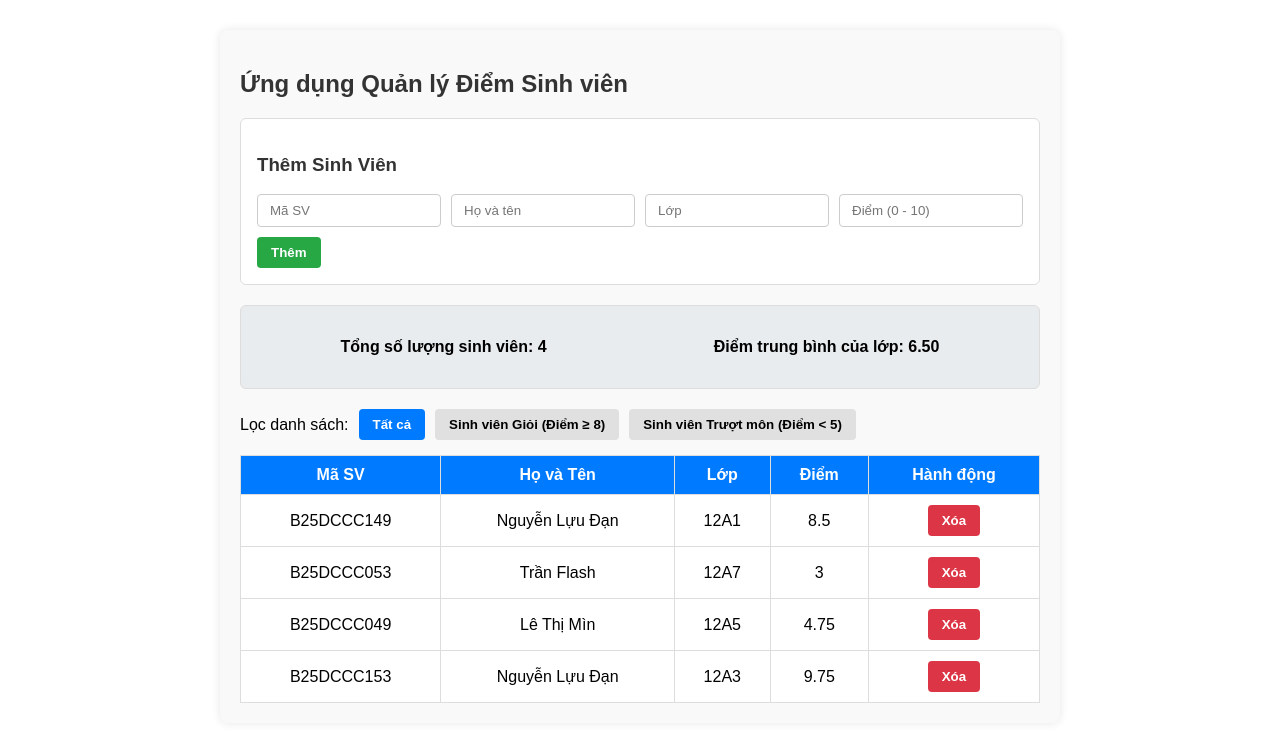
Repository: bachphamudu/B25DCCC030
Page: /
These files come from the project's save history. The page is drawn as it stood at one moment and after the next save; the edit follows.
The browser window is 1280 px wide. The pictures show the whole page.
The project was rebuilt for these pictures with package versions that can differ from the ones it lists, and the page was loaded fresh each time.

Above is the page before, as saved 2026-10-15 10:09:26.

### src/App.js
import React, { useState } from 'react';
import './App.css';

const StudentItem = (sql) => {
  return (
    <tr>
      <td>{sql.student.id}</td>
      <td>{sql.student.name}</td>
      <td>{sql.student.className}</td>
      <td>{sql.student.score}</td>
      <td>
        <button
          type="button"
          className="btn-delete"
          onClick={() => sql.onDelete(sql.student.id)}
        >
          Xóa
        </button>
      </td>
    </tr>
  );
};

const StudentTable = (sql) => {
  if (sql.students.length === 0) {
    return <p className="empty-text">Không có sinh viên nào phù hợp.</p>;
  }

  return (
    <table className="student-table">
      <thead>
        <tr>
          <th>Mã SV</th>
          <th>Họ và Tên</th>
          <th>Lớp</th>
          <th>Điểm</th>
          <th>Hành động</th>
        </tr>
      </thead>
      <tbody>
        {sql.students.map((student) => (
          <StudentItem
            key={student.id}
            student={student}
            onDelete={sql.onDelete}
          />
        ))}
      </tbody>
    </table>
  );
};

const App = () => {
  const [students, setStudents] = useState([
    { id: 'B25DCCC149', name: 'Nguyễn Lựu Đạn', score: 8.5, className: '12A1' },
    { id: 'B25DCCC053', name: 'Trần Flash', score: 3, className: '12A7' },
    { id: 'B25DCCC049', name: 'Lê Thị Mìn', score: 4.75, className: '12A5' },
    { id: 'B25DCCC153', name: 'Nguyễn Lựu Đạn', score: 9.75, className: '12A3' },

  ]);

  const [formData, setFormData] = useState({
    id: '',
    name: '',
    score: '',
    className: '',
  });

  const [errorMessage, setErrorMessage] = useState('');
  const [filterType, setFilterType] = useState('ALL');

  const handleInputChange = (e) => {
    const name = e.target.name;
    const value = e.target.value;
    setFormData((prev) => ({
      ...prev,
      [name]: value,
    }));
  };

  const handleAddStudent = (e) => {
    e.preventDefault();

    if (!formData.id.trim() || !formData.name.trim() || !formData.className.trim() || formData.score === '') {
      setErrorMessage('Vui lòng điền đầy đủ tất cả các trường!');
      return;
    }

    const isExisted = students.some(
      (s) => String(s.id).trim().toLowerCase() === formData.id.trim().toLowerCase()
    );
    if (isExisted) {
      setErrorMessage(`Mã sinh viên "${formData.id.trim()}" đã tồn tại! Vui lòng chọn mã khác.`);
      return;
    }

    const numericScore = parseFloat(formData.score);
    if (isNaN(numericScore) || numericScore < 0 || numericScore > 10) {
      setErrorMessage('Điểm số phải là số từ 0 đến 10!');
      return;
    }

    const newStudent = {
      id: formData.id.trim(),
      name: formData.name.trim(),
      score: numericScore,
      className: formData.className.trim(),
    };

    setStudents((prev) => [...prev, newStudent]);
    setFormData({ id: '', name: '', score: '', className: '' });
    setErrorMessage('');
  };

  const handleDeleteStudent = (idToDelete) => {
    setStudents((prev) => prev.filter((student) => String(student.id) !== String(idToDelete)));
  };

  const filteredStudents = students.filter((student) => {
    if (filterType === 'EXCELLENT') return student.score >= 8;
    if (filterType === 'FAILED') return student.score < 5;
    return true;
  });

  const totalStudents = students.length;
  const averageScore = totalStudents > 0
    ? (students.reduce((sum, current) => sum + current.score, 0) / totalStudents).toFixed(2)
    : 0;

  return (
    <div className="container">
      <h2>Ứng dụng Quản lý Điểm Sinh viên</h2>

      <div className="card">
        <h3>Thêm Sinh Viên</h3>
        {errorMessage && <p className="error-alert">{errorMessage}</p>}
        <form onSubmit={handleAddStudent} className="form-group">
          <input
            type="text"
            name="id"
            placeholder="Mã SV"
            value={formData.id}
            onChange={handleInputChange}
          />
          <input
            type="text"
            name="name"
            placeholder="Họ và tên"
            value={formData.name}
            onChange={handleInputChange}
          />
          <input
            type="text"
            name="className"
            placeholder="Lớp"
            value={formData.className}
            onChange={handleInputChange}
          />
          <input
            type="number"
            name="score"
            placeholder="Điểm (0 - 10)"
            step="0.1"
            value={formData.score}
            onChange={handleInputChange}
          />
          <button type="submit" className="btn-add">Thêm</button>
        </form>
      </div>

      <div className="card stats-card">
        <p>{`Tổng số lượng sinh viên: ${totalStudents}`}</p>
        <p>{`Điểm trung bình của lớp: ${averageScore}`}</p>
      </div>

      <div className="filter-group">
        <span>Lọc danh sách: </span>
        <button
          type="button"
          className={filterType === 'ALL' ? 'active' : ''}
          onClick={() => setFilterType('ALL')}
        >
          Tất cả
        </button>
        <button
          type="button"
          className={filterType === 'EXCELLENT' ? 'active' : ''}
          onClick={() => setFilterType('EXCELLENT')}
        >
          Sinh viên Giỏi (Điểm &ge; 8)
        </button>
        <button
          type="button"
          className={filterType === 'FAILED' ? 'active' : ''}
          onClick={() => setFilterType('FAILED')}
        >
          Sinh viên Trượt môn (Điểm &lt; 5)
        </button>
      </div>

      <StudentTable
        students={filteredStudents}
        onDelete={handleDeleteStudent}
      />
    </div>
  );
};

export default App;

### src/App.css
.container {
  max-width: 800px;
  margin: 30px auto;
  padding: 20px;
  font-family: Arial, sans-serif;
  background-color: #f9f9f9;
  border-radius: 8px;
  box-shadow: 0 0 10px rgba(0, 0, 0, 0.1);
}

h2, h3 {
  color: #333;
}

.card {
  background: white;
  padding: 16px;
  border-radius: 6px;
  margin-bottom: 20px;
  border: 1px solid #ddd;
}

.form-group {
  display: flex;
  gap: 10px;
  flex-wrap: wrap;
}

.form-group input {
  padding: 8px 12px;
  border: 1px solid #ccc;
  border-radius: 4px;
  flex: 1;
  min-width: 140px;
}

.error-alert {
  color: red;
  margin-bottom: 10px;
  font-size: 14px;
}

button {
  cursor: pointer;
  padding: 8px 14px;
  border: none;
  border-radius: 4px;
  font-weight: bold;
}

.btn-add {
  background-color: #28a745;
  color: white;
}

.btn-delete {
  background-color: #dc3545;
  color: white;
}

.stats-card {
  display: flex;
  justify-content: space-around;
  font-weight: bold;
  background-color: #e9ecef;
}

.filter-group {
  margin-bottom: 15px;
  display: flex;
  align-items: center;
  gap: 10px;
}

.filter-group button {
  background-color: #e0e0e0;
}

.filter-group button.active {
  background-color: #007bff;
  color: white;
}

.student-table {
  width: 100%;
  border-collapse: collapse;
  background: white;
}

.student-table th, .student-table td {
  border: 1px solid #ddd;
  padding: 10px;
  text-align: center;
}

.student-table th {
  background-color: #007bff;
  color: white;
}

.student-table tr:hover {
  background-color: #f1f1f1;
}

.empty-text {
  text-align: center;
  color: #777;
  font-style: italic;
}

Loaded but not shown: public/index.html (common file); src/index.js (common file); src/index.css (common file); src/reportWebVitals.js (common file)

After the next save:
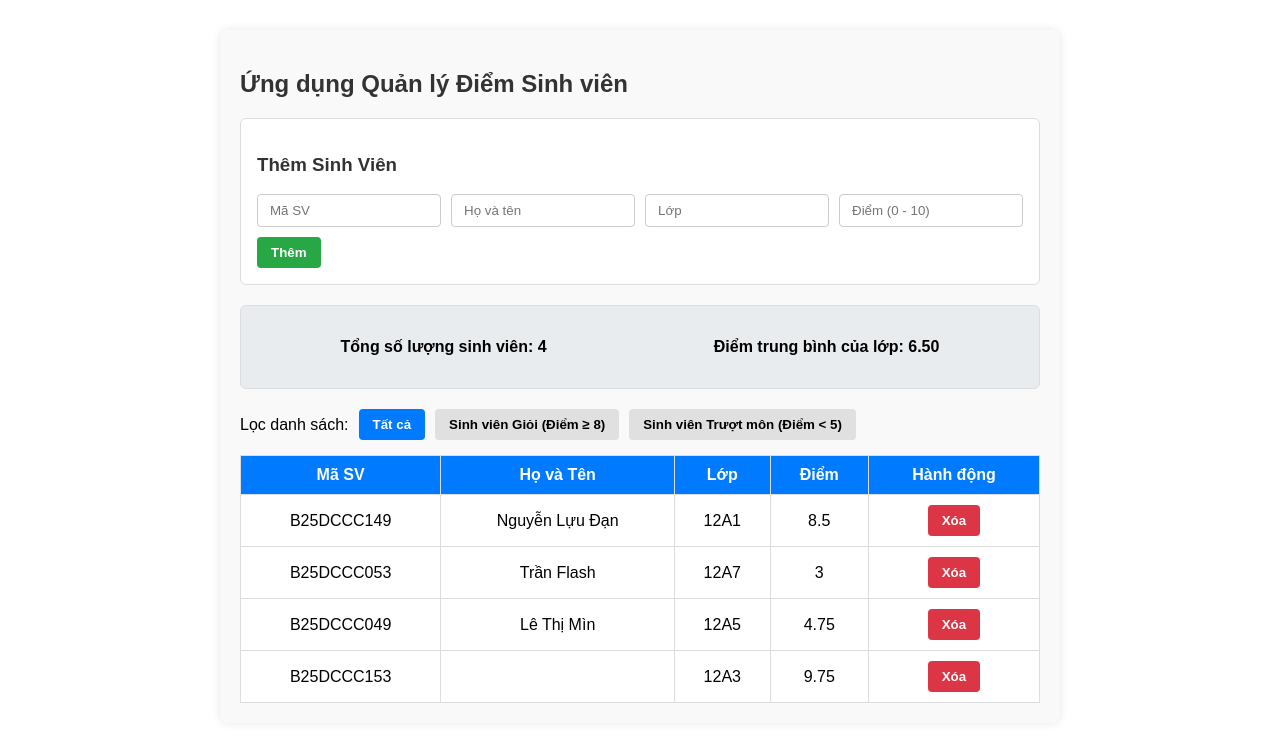
Saved 10 s later.
--- a/src/App.js
+++ b/src/App.js
@@ -55,7 +55,7 @@ const App = () => {
     { id: 'B25DCCC149', name: 'Nguyễn Lựu Đạn', score: 8.5, className: '12A1' },
     { id: 'B25DCCC053', name: 'Trần Flash', score: 3, className: '12A7' },
     { id: 'B25DCCC049', name: 'Lê Thị Mìn', score: 4.75, className: '12A5' },
-    { id: 'B25DCCC153', name: 'Nguyễn Lựu Đạn', score: 9.75, className: '12A3' },
+    { id: 'B25DCCC153', name: '', score: 9.75, className: '12A3' },
 
   ]);
 
